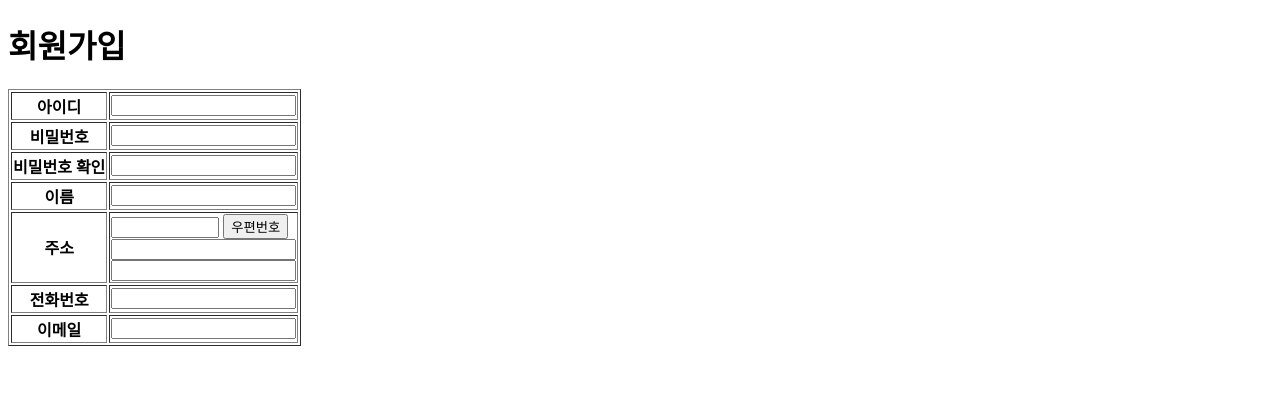
Repository: dhdhdht/Semi-login
Page: http://localhost/Semi_login/regist.jsp
The author's editor kept a copy of each file at every save. The page is drawn from the files as they stood at one save, then again after the next save.
The browser window is 1280 px wide. The pictures show the whole page.
The page is served by Tomcat 9.

Above is the page before, as saved 2021-03-27 18:35:04.

After the next save:
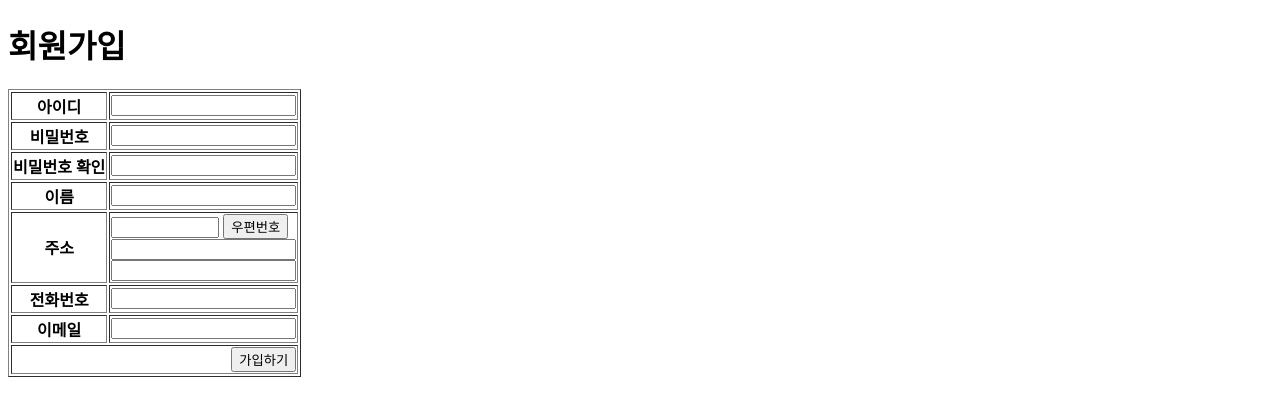
Saved 67 s later.
--- a/Semi_login/WebContent/regist.jsp
+++ b/Semi_login/WebContent/regist.jsp
@@ -98,6 +98,11 @@
 					<input type="text" name="member_email" required="required" onclick="idChkProc();" />
 				</td>
 			</tr>
+			<tr>
+				<td colspan="2" align="right">
+					<input type="submit" value="가입하기" />
+				</td>
+			</tr>
 		</table>
 	</form>
 
